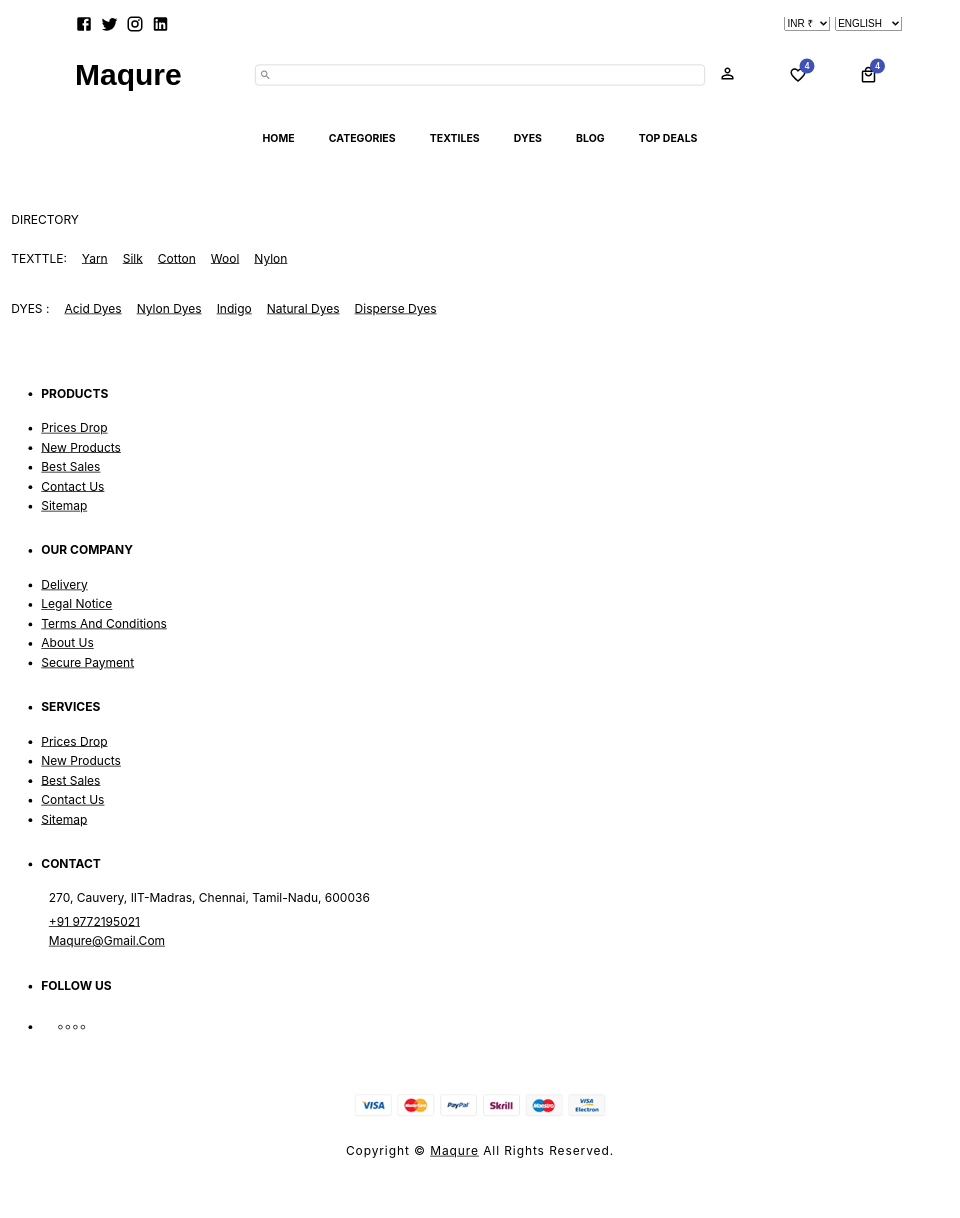
Repository: harshitsingh85420/Maqure
Page: /
The author's editor kept a copy of each file at every save. The page is drawn from the files as they stood at one save, then again after a run of saves.
The browser window is 1280 px wide. The pictures show the whole page, at 75% of full size.
The project was rebuilt for these pictures with package versions that can differ from the ones it lists, and the page was loaded fresh each time.

Above is the page before, as saved 2022-05-26 03:04:14.

After the next 2 saves:
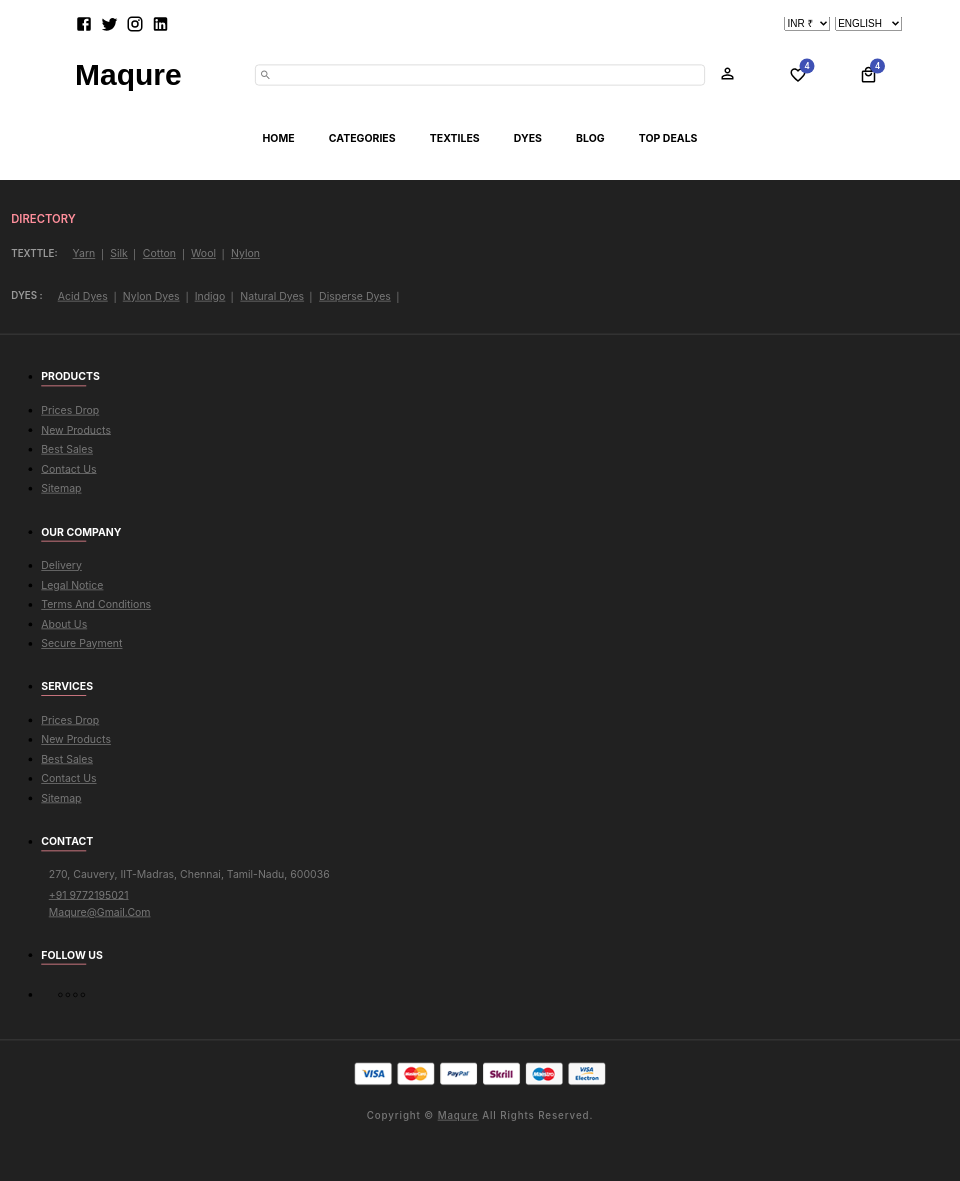
The 2 saves are shown as one change because they came seconds apart.
The last was saved 79 s later.
--- a/src/components/CSS/Footer.css
+++ b/src/components/CSS/Footer.css
@@ -1,5 +1,60 @@
 
 .container { padding: 0 15px; }
+
+:root {
+
+  /**
+   * colors
+   */
+
+  --spanish-gray: hsl(0, 0%, 60%);
+  --sonic-silver: hsl(0, 0%, 47%);
+  --eerie-black: hsl(0, 0%, 13%);
+  --salmon-pink: hsl(353, 100%, 78%);
+  --sandy-brown: hsl(29, 90%, 65%);
+  --bittersweet: hsl(0, 100%, 70%);
+  --ocean-green: hsl(152, 51%, 52%);
+  --davys-gray: hsl(0, 0%, 33%);
+  --cultured: hsl(0, 0%, 93%);
+  --white: hsl(0, 100%, 100%);
+  --onyx: hsl(0, 0%, 27%);
+
+  /**
+   * typography
+   */
+
+  --fs-1: 1.563rem;
+  --fs-2: 1.375rem;
+  --fs-3: 1.25rem;
+  --fs-4: 1.125rem;
+  --fs-5: 1rem;
+  --fs-6: 0.938rem;
+  --fs-7: 0.875rem;
+  --fs-8: 0.813rem;
+  --fs-9: 0.75rem;
+  --fs-10: 0.688rem;
+  --fs-11: 0.625rem;
+
+  --weight-300: 300;
+  --weight-400: 400;
+  --weight-500: 500;
+  --weight-600: 600;
+  --weight-700: 700;
+
+  /**
+   * border-radius
+   */
+
+  --border-radius-md: 10px;
+  --border-radius-sm: 5px;
+
+  /**
+   * transition
+   */
+
+  --transition-timing: 0.2s ease;
+
+
 
 /*-----------------------------------*\
   #FOOTER
